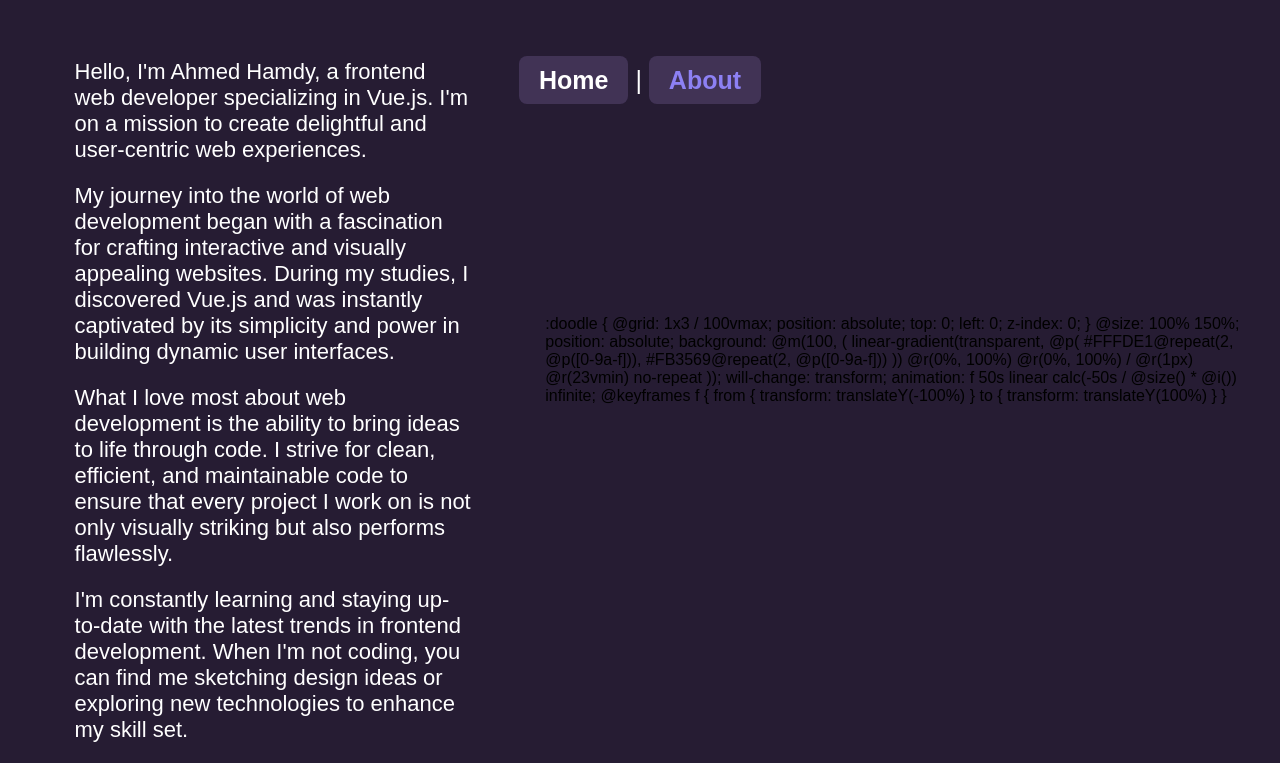
Repository: ahamdy997/portfolio
Page: /about
The author's editor kept a copy of each file at every save. The page is drawn from the files as they stood at one save, then again after the next save.
The browser window is 1280 px wide. The pictures show the whole page.
The project was rebuilt for these pictures with package versions that can differ from the ones it lists, and the page was loaded fresh each time. Also part of the build but not shown: vue.config.js, src/components/HelloWorld.vue, src/views/HomeView.vue.

Above is the page before, as saved 2023-11-05 02:06:08.

After the next save:
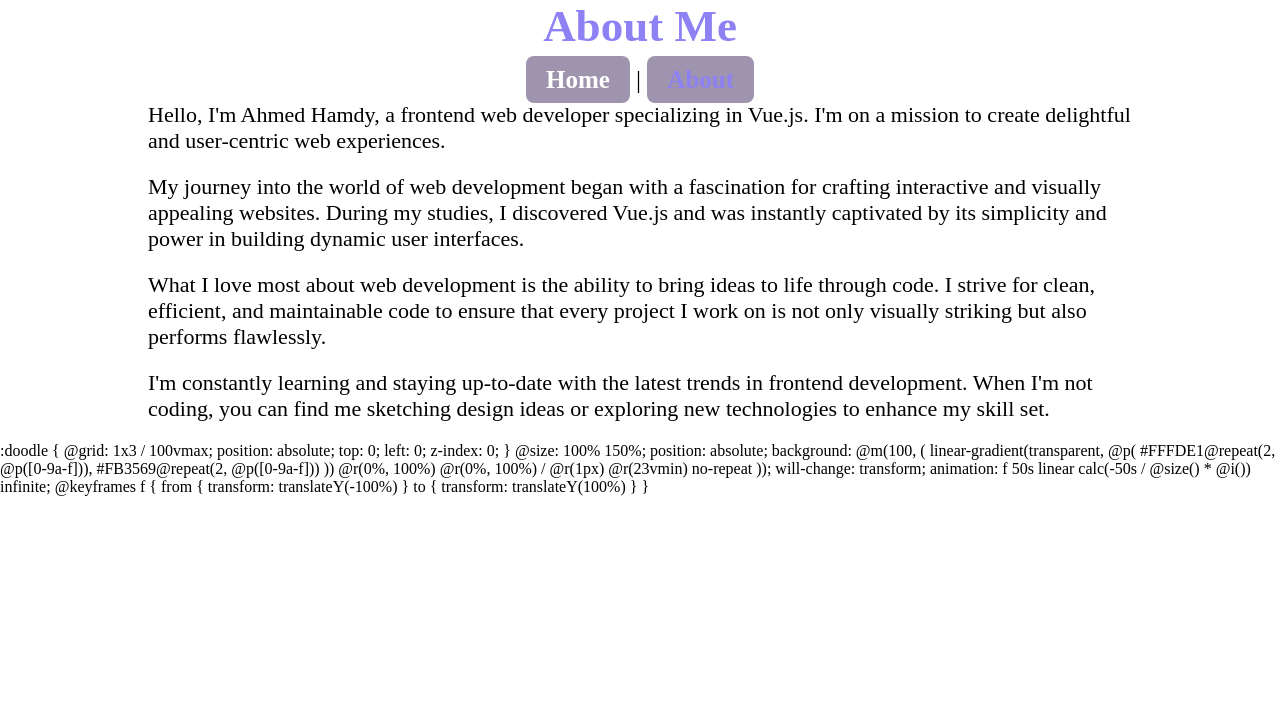
Saved 8 s later.
--- a/src/App.vue
+++ b/src/App.vue
@@ -8,7 +8,7 @@
   <router-view />
 </template>
 
-<style>
+<style scoped>
 #app {
   text-align: center;
   z-index: 1;

After the save that followed:
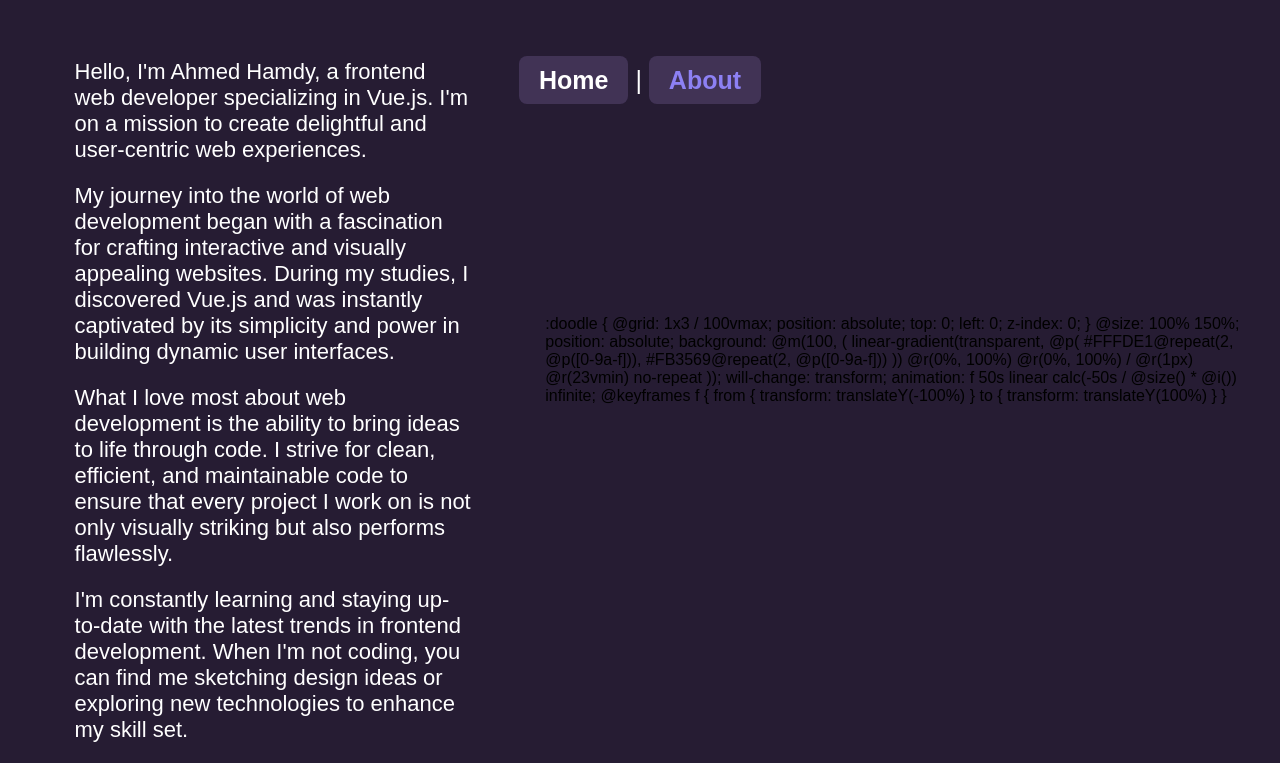
Saved 27 s later.
--- a/src/App.vue
+++ b/src/App.vue
@@ -8,7 +8,7 @@
   <router-view />
 </template>
 
-<style scoped>
+<style>
 #app {
   text-align: center;
   z-index: 1;
